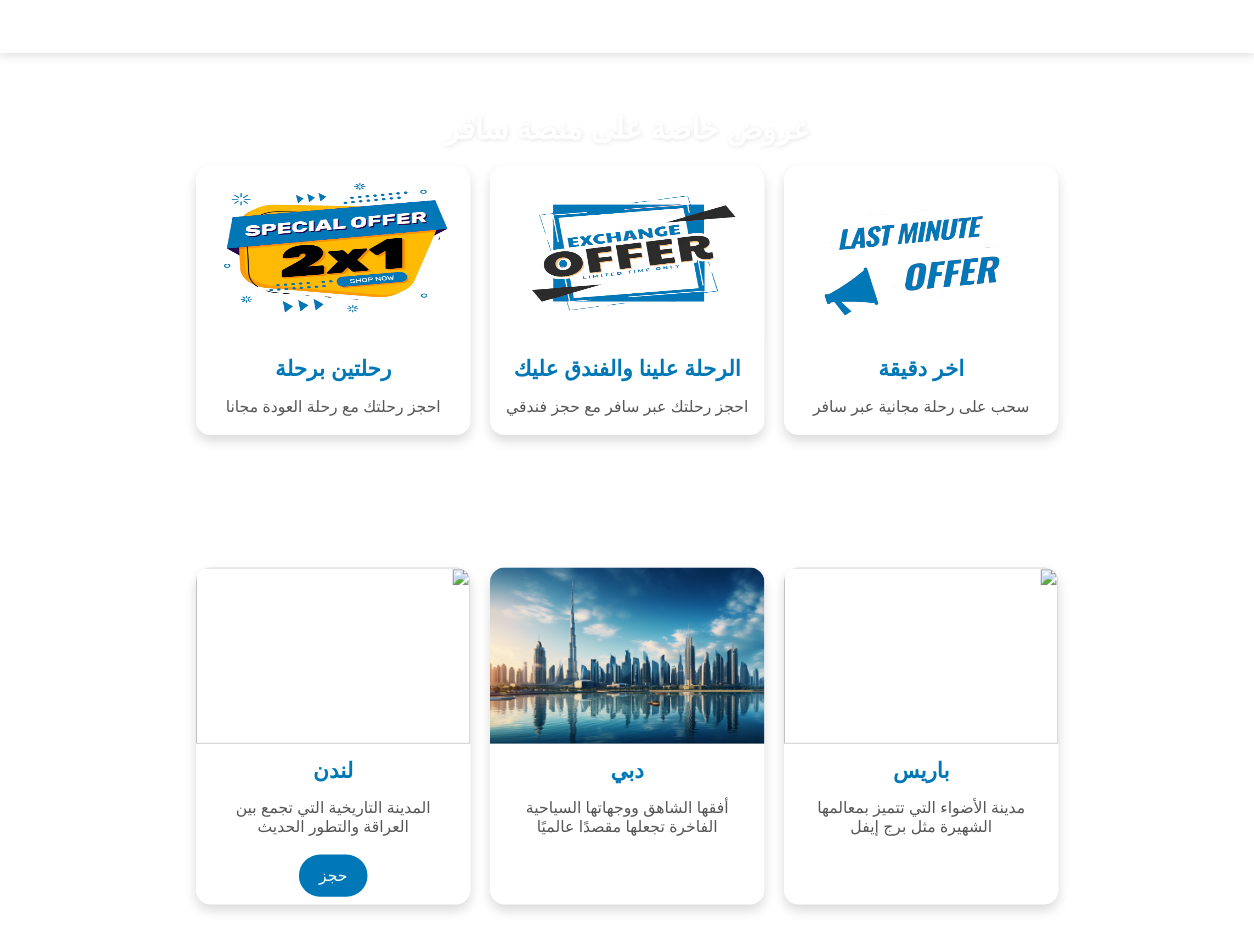
Repository: Yassin-Boushi/Safer
Page: http://localhost/main
An editor plug-in stored every save of this project. The page is shown before and after the next save, followed by the edit.
The browser window is 1280 px wide. The pictures show the whole page, at 98% of full size.
The page is served by the project's Laravel application, run on PHP 8.4 with Laravel 9. Other server files are loaded and not shown.

Above is the page before, as saved 2025-01-30 16:31:55.

### routes/web.php
<?php

use App\Http\Controllers\AccountController;
use App\Http\Controllers\FlightController;
use App\Http\Controllers\TicketController;
use Illuminate\Support\Facades\Route;

/*
|--------------------------------------------------------------------------
| Web Routes
|--------------------------------------------------------------------------
|
| Here is where you can register web routes for your application. These
| routes are loaded by the RouteServiceProvider within a group which
| contains the "web" middleware group. Now create something great!
|
*/

Route::get('/', function () {
    return redirect('flights');
});

Route::view('login', 'login');
Route::view('add_flight', 'flight.add');
Route::view('main', 'main');
Route::view('we', 'we');

////////////////////////// account
Route::post('account/login', [AccountController::class, 'login']);
Route::get('account/logout', [AccountController::class, 'logout']);

////////////////////////////// flight
Route::resource('flights', FlightController::class);
Route::get('flight/edit/{id}', [FlightController::class, 'edit']);
Route::post('flight/update/{id}', [FlightController::class, 'update']);
Route::get('flight/destroy/{id}', [FlightController::class, 'destroy']);


////////////////////////////// ticket
Route::resource('tickets', TicketController::class);
Route::post('ticket/add/{flight_id}', [TicketController::class, 'store']);
Route::get('ticket/edit/{id}', [TicketController::class, 'edit']);
// Route::get('ticket/update/{id}', [TicketController::class, 'update']);
Route::get('ticket/destroy/{id}', [TicketController::class, 'destroy']);

### resources/views/main.blade.php
<x-nav/>
<link rel="stylesheet" href="/css/main.css">
    <main>
        <section class="offers">
            <h2>عروض خاصة على منصة سافر</h2>
            <div class="offer-cards">
                <div class="offer-card" onclick="showOfferDetails('offer1')">
                    <img src="image/offer1.png" alt="عرض 1">
                    <h3>اخر دقيقة</h3>
                    <p>سحب على رحلة مجانية عبر سافر</p>
                    <!-- <a href="javascript:void(0)">اكتشف الآن</a> -->
                </div>
                <div class="offer-card" onclick="showOfferDetails('offer2')">
                    <img src="image/offer2.png" alt="عرض 2">
                    <h3>الرحلة علينا والفندق عليك</h3>
                    <p>احجز رحلتك عبر سافر مع حجز فندقي</p>
                    <!-- <a href="javascript:void(0)">اكتشف الآن</a> -->
                </div>
                <div class="offer-card" onclick="showOfferDetails('offer3')">
                    <img src="image/offer3.png" alt="عرض 3">
                    <h3>رحلتين برحلة</h3>
                    <p>احجز رحلتك مع رحلة العودة مجانا</p>
                    <!-- <a href="javascript:void(0)">اكتشف الآن</a> -->
                </div>
            </div>
        </section>


        <section class="cities">
            <h2>لمحات عن مدن مشهورة</h2>
            <div class="city-cards">
                <div class="city-card" onclick="showCityDetails('paris')">
                    <img src="image/paris.webp" alt="مدينة 1">
                    <h3>باريس</h3>
                    <p>مدينة الأضواء التي تتميز بمعالمها الشهيرة مثل برج إيفل</p>
                </div>
                <div class="city-card" onclick="showCityDetails('dubai')">
                    <img src="image/dubai.jpg" alt="مدينة 2">
                    <h3>دبي</h3>
                    <p>أفقها الشاهق ووجهاتها السياحية الفاخرة تجعلها مقصدًا عالميًا</p>
                </div>
                <div class="city-card" onclick="showCityDetails('london')">
                    <img src="image/london.jpg" alt="مدينة 3">
                    <h3>لندن</h3>
                    <p>المدينة التاريخية التي تجمع بين العراقة والتطور الحديث</p>
                    <div class="actions-button">
                                <a href="ticket/edit/{{ 1 }}"
                                class="button  ">
                                حجز</a>
                    </div>
                </div>
            </div>
        </section>
    </main>


    <footer>
        <p>© 2024 شركة خيال - جميع الحقوق محفوظة</p>
    </footer>


    <div id="offerPopup" class="popup hidden">
        <div class="popup-content">
            <h3>تفاصيل العرض</h3>
            <p id="offerDescription"></p>
            <button onclick="hidePopup()">إغلاق</button>
            <button onclick="bookOffer()">احصل على العرض</button>
        </div>
    </div>


    <div id="cityPopup" class="popup hidden">
        <div class="popup-content">
            <h3 id="cityName"></h3>
            <p id="cityDescription"></p>
            <button onclick="hidePopup()">إغلاق</button>
            <button onclick="bookCity()">حجز الرحلة</button>
        </div>
    </div>


    <div id="paymentPopup" class="popup hidden">
        <div class="popup-content">
            <h3>إتمام عملية الدفع</h3>
            <p>يرجى إدخال معلومات الدفع لإتمام الحجز.</p>
            <form id="paymentForm">
                <input type="text" placeholder="رقم البطاقة" required>
                <input type="text" placeholder="تاريخ انتهاء الصلاحية (MM/YY)" required>
                <input type="text" placeholder="CVV" required>
                <button type="button" onclick="processPayment()">ادفع الآن</button>
            </form>
            <button onclick="hidePopup()">إلغاء</button>
        </div>
    </div>
</body>
</html>

### resources/views/components/nav.blade.php
<link rel="stylesheet" href="/css/flight.css">

            <nav class="navbar">
                    <ul >
                        <div class="titles">
                            <li><a href="/main">الرئيسية</a></li>
                            <li><a href="/flights">الرحلات</a></li>
                            @if (auth()->user() != null && auth()->user()->is_employee == 1)
                            <li><a href="/add_flight">اضافة رحلة</a></li>
                            @endif
                            <li><a href="/tickets">الحجوزات</a></li>
                            <li><a href="/we">من نحن</a></li>

                        </div>
                        @if (auth()->user() != null)
                        <div class="account">
                            <h4>{{auth()->user()->user_name}}</h4>
                            <li><a href="/account/logout" style="color:white ;font-size:20px">تسجيل الخروج</a></li>

                        </div>
                        @else
                        <li><a href="login" style="color:white ;font-size:20px">تسجيل الدخول</a></li>
                        @endif
                    </ul>

                </nav>

### public/css/flight.css

* {
    direction: rtl;
    margin: 0;
    padding: 0;
    box-sizing: border-box;
}

body {
    font-family: 'Cairo', sans-serif;
    display: flex;
    flex-direction: column;
    min-height: 100vh;
    margin: 0;
    background-image: url("/image/back.jpg");
    background-size: cover;
    color: #fff;
    text-align: center;
}

/* الشريط العلوي */
.navbar {
    backdrop-filter: blur(80px);
    padding: 15px 0;
    box-shadow: 0 4px 8px rgba(0, 0, 0, 0.1);
}

.navbar ul {
    list-style: none;
    margin: 0;
    padding: 0 30px;
    display: flex;
    justify-content: space-between;
    gap: 20px;


}
.navbar ul .titles , .navbar ul .account{
    display: flex;
    align-items: center;
    justify-content: start;
    gap: 20px;
}
.navbar ul .account{
    justify-content: end;
}

.navbar a {
    text-decoration: none;
    color: #fff;
    font-weight: bold;
    padding: 10px 20px;
    border-radius: 20px;
    transition: all 0.3s ease-in-out;
}

.navbar a:hover {
    background: rgba(255, 255, 255, 0.2);
    box-shadow: 0 5px 15px rgba(0, 0, 0, 0.2);
    transform: scale(1.1);
}

main {
    flex: 1;
    padding: 20px;
    display: flex;
    flex-direction: column;
    align-items: center;
    gap: 20px;
}

.flights-list {
    display: flex;
    justify-content: center;
    align-items: center;
    gap: 20px;
    width: calc(100vw - 80px);
    padding: 20px;
    margin: 20px;
    background-color: rgba(0, 0, 0, 0.2);
}

.flight {
    background-color: #0077b6;
    color: #fff;
    border-radius: 15px;
    padding: 15px;
    box-shadow: 0 4px 12px rgba(0, 0, 0, 0.2);
    cursor: pointer;
    transition: transform 0.3s, box-shadow 0.3s;
    text-align: center;
}

.flight h3 {
    font-size: 20px;
    margin-bottom: 10px;
}

.flight p {
    font-size: 16px;
}

.flight:hover {
    transform: scale(1.1);
}





.content {
    display: flex;
    flex-direction: column;
    gap: 10px;
    background-color: #fff;
    color: #333;
    padding: 20px;
    border-radius: 15px;
    text-align: center;
    max-width: 300px;
}

.content .details{
    display: flex !important;
    align-items: center;
    justify-content: start;
    gap:30px;
}
.content .details .price{
    color: #0077b6;
    font-weight: bold;
}
.content .details div:first-child{
    min-width: 100px;
}


.form-add{
    background-color: white;
    color: #333;
    display: flex;
    flex-direction: column;
    justify-content: center;
    min-height: 300px;
    padding: 30px;
    border-radius: 40px ;
    gap: 20px;
    width: fit-content;
}
.form-add div{
    display: flex;
    justify-content: start;
    align-items: center;
    gap: 20px;
}
.form-add label{
    min-width: 100px;
}
.form-add input{
    height: 40px;
    border-radius: 30px;
    padding: 0 10px;
    width: 100%;
}
.actions-button{
    height: 50px;
    padding-bottom:20px;
    display: flex;
    justify-content: center;
    align-items: center;
    gap: 10px;
    width: 100%;
}
.button {
    margin-top: 10px;
    padding: 12px 20px;
    background: #0077b6;
    color: #fff;
    text-decoration: none;
    border: none;
    border-radius: 25px;
    cursor: pointer;
    font-size: 16px;
    transition: all 0.3s ease-in-out;
}

.button.edit{
    background-color: rgb(225, 100, 22);
}
.button.delete{
    background-color: rgb(225, 22, 22);
}

button:hover {
    background: #005f8d;
    transform: scale(1.05);
}

### public/css/main.css

*{
    direction: rtl;
}


main {
    padding: 20px;
    display: flex;
    flex-direction: column;
    align-items: center;
}


.offers {
    margin-top: 40px;
    width: 100%;
}

.offers h2 {
    font-size: 30px;
    color: rgb(255, 255, 255);
    margin-bottom: 20px;
    text-transform: uppercase;
    text-shadow: 1px 1px 5px rgba(0, 0, 0, 0.1);
}

.offer-cards {
    display: flex;
    justify-content: center;
    gap: 20px;
    flex-wrap: wrap;
    margin: 0 10px;
}

.offer-card {
    background-color: #fff;
    border-radius: 15px;
    box-shadow: 0 6px 12px rgba(0, 0, 0, 0.15);
    width: 280px;
    cursor: pointer;
    transition: transform 0.3s ease, box-shadow 0.3s ease;
}

.offer-card img {
    width: 100%;
    height: 180px;
    border-radius: 15px 15px 0 0;
    background-size: auto;
}

.offer-card h3 {
    font-size: 22px;
    color: #0077b6;
    margin: 15px 0;
}

.offer-card p {
    font-size: 16px;
    color: #555;
    padding: 0 15px;
    margin-bottom: 20px;
}

.offer-card a {
    display: inline-block;
    margin-bottom: 5px;
    padding: 10px 18px;
    background-color: #0077b6;
    color: #fff;
    text-decoration: none;
    border-radius: 25px;
    transition: background-color 0.3s ease;
}

.offer-card a:hover {
    background-color: #005f8d;
}


.cities {
    margin-top: 60px;
    width: 100%;
}

.cities h2 {
    font-size: 30px;
    color: rgb(255, 255, 255);
    margin-bottom: 20px;
}

.city-cards {
    display: flex;
    justify-content: center;
    gap: 20px;
    flex-wrap: wrap;
}

.city-card {
    background-color: #fff;
    border-radius: 15px;
    box-shadow: 0 6px 12px rgba(0, 0, 0, 0.15);
    width: 280px;
    cursor: pointer;
    transition: transform 0.3s ease, box-shadow 0.3s ease;
}

.city-card img {
    width: 100%;
    height: 180px;
    object-fit: cover;
    border-radius: 15px 15px 0 0;
}

.city-card h3 {
    font-size: 22px;
    color: #0077b6;
    margin: 15px 0;
}

.city-card p {
    font-size: 16px;
    color: #555;
    padding: 0 15px;
    margin-bottom: 20px;
}

.popup {
    position: fixed;
    top: 0;
    left: 0;
    width: 100%;
    height: 100%;
    background-color: rgba(0, 0, 0, 0.5);
    display: flex;
    justify-content: center;
    align-items: center;
    z-index: 1000;
    opacity: 0;
    visibility: hidden;
    transition: opacity 0.3s ease;
}

.popup.show {
    opacity: 1;
    visibility: visible;
}

.popup-content {
    background-color: #fff;
    padding: 20px;
    border-radius: 8px;
    width: 350px;
    text-align: center;
    box-shadow: 0 4px 8px rgba(0, 0, 0, 0.1);
}

.popup h3 {
    color: #0077b6;
    margin-bottom: 15px;
}

.popup p {
    color: #555;
    font-size: 16px;
    margin-bottom: 25px;
}

.popup button {
    padding: 10px 20px;
    background-color: #0077b6;
    color: #fff;
    border: none;
    border-radius: 25px;
    cursor: pointer;
    transition: background-color 0.3s ease;
}

.popup button:hover {
    background-color: #005f8d;
}


#paymentPopup input {
    display: block;
    margin: 10px auto;
    padding: 10px;
    width: 80%;
    border: 1px solid #ccc;
    border-radius: 25px;
    font-size: 16px;
}

#paymentPopup button {
    padding: 10px 20px;
    margin-top: 10px;
    background-color: #0077b6;
    color: #fff;
    border: none;
    border-radius: 5px;
    font-size: 16px;
    cursor: pointer;
    transition: background-color 0.3s ease;
}

#paymentPopup button:hover {
    background-color: #005f8d;
}

After the next save:
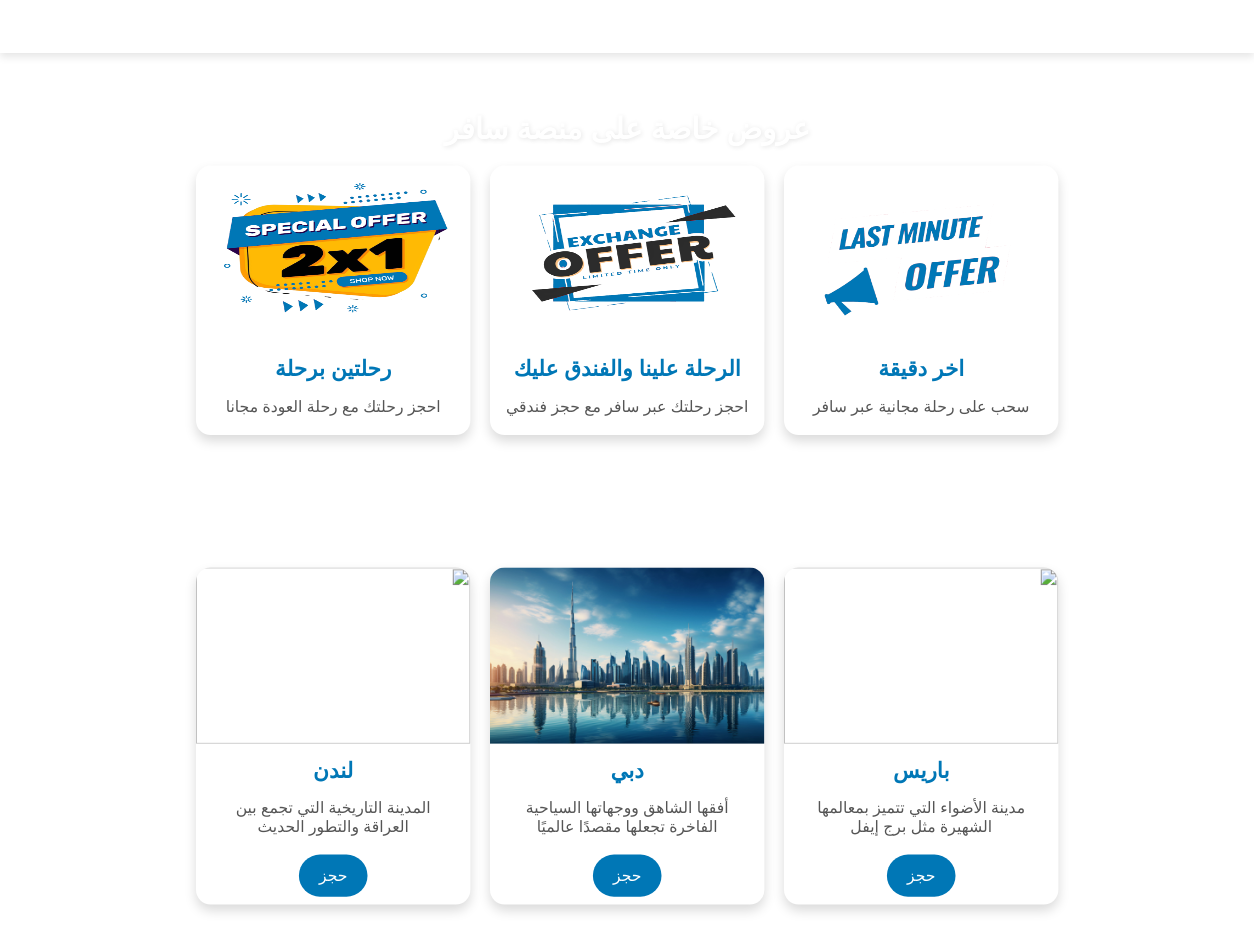
Saved 56 s later.
--- a/resources/views/main.blade.php
+++ b/resources/views/main.blade.php
@@ -33,18 +33,28 @@
                     <img src="image/paris.webp" alt="مدينة 1">
                     <h3>باريس</h3>
                     <p>مدينة الأضواء التي تتميز بمعالمها الشهيرة مثل برج إيفل</p>
+                    <div class="actions-button">
+                                <a href="ticket/edit/3"
+                                class="button  ">
+                                حجز</a>
+                    </div>
                 </div>
                 <div class="city-card" onclick="showCityDetails('dubai')">
                     <img src="image/dubai.jpg" alt="مدينة 2">
                     <h3>دبي</h3>
                     <p>أفقها الشاهق ووجهاتها السياحية الفاخرة تجعلها مقصدًا عالميًا</p>
+                    <div class="actions-button">
+                                <a href="ticket/edit/2"
+                                class="button  ">
+                                حجز</a>
+                    </div>
                 </div>
                 <div class="city-card" onclick="showCityDetails('london')">
                     <img src="image/london.jpg" alt="مدينة 3">
                     <h3>لندن</h3>
                     <p>المدينة التاريخية التي تجمع بين العراقة والتطور الحديث</p>
                     <div class="actions-button">
-                                <a href="ticket/edit/{{ 1 }}"
+                                <a href="ticket/edit/1"
                                 class="button  ">
                                 حجز</a>
                     </div>
